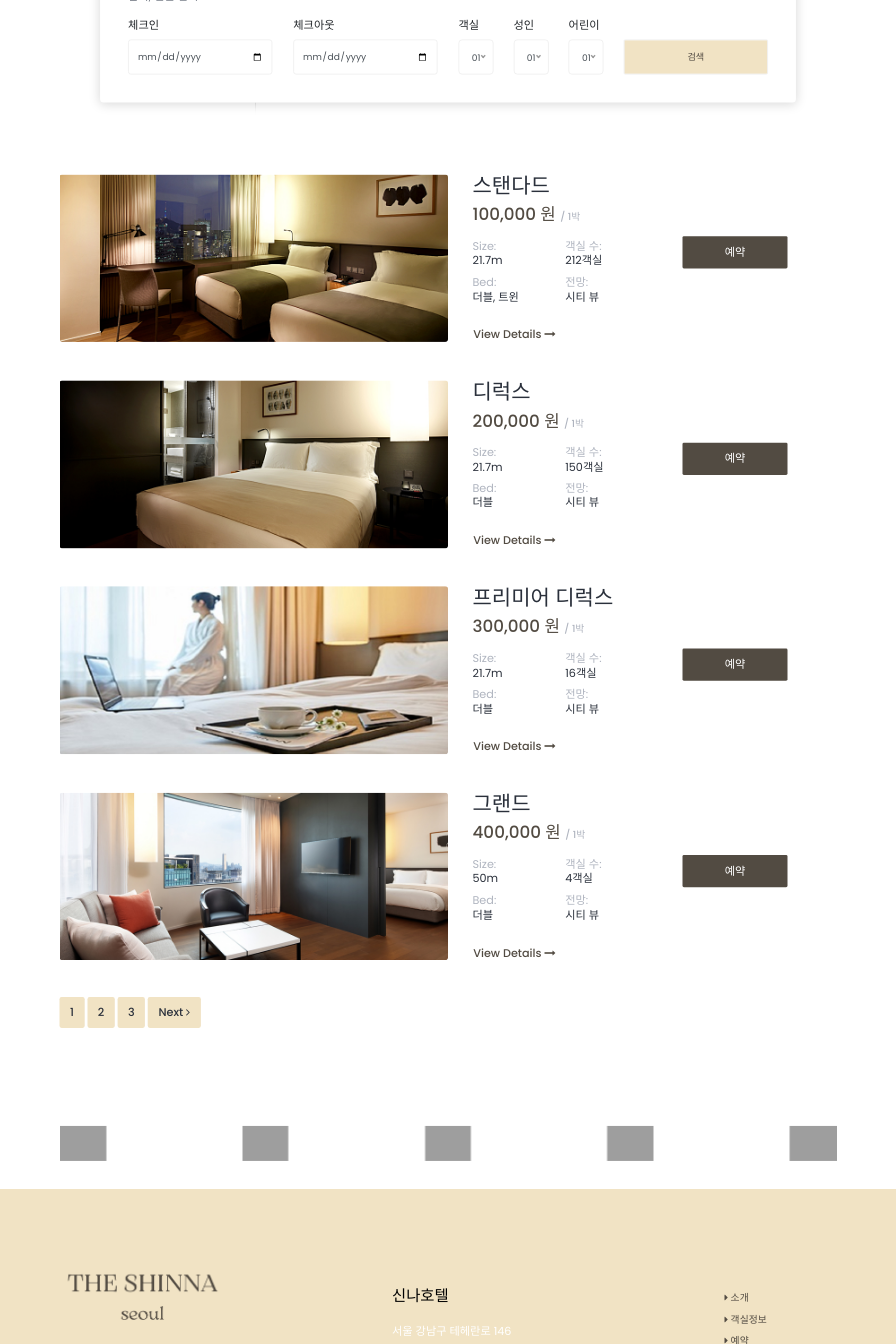
Repository: hyunjinjane/backup
Page: http://localhost/shinnaHotel/reservation/reservation.jsp
The author's editor kept a copy of each file at every save. The page is drawn from the files as they stood at one save, then again after a run of saves.
The browser window is 1280 px wide. The pictures show the part of the page from y = 488 to 2408 px (the page is 2613 px tall before and 2637 px after), at 70% of full size.
Pictures or frames that could not be fetched are drawn as grey boxes. The page is served by Tomcat 9. Other server files are loaded and not shown.

Above is the page before, as saved 2022-11-05 12:59:58.

### projectspace/shinnaHotel/src/main/webapp/reservation/reservation.jsp
<%@page import="java.util.Calendar"%>
<%@page import="java.text.SimpleDateFormat"%>
<%@page import="java.util.Date"%>

<%@ page language="java" contentType="text/html; charset=UTF-8"
    pageEncoding="UTF-8"%>
<%@ taglib uri="http://java.sun.com/jsp/jstl/core" prefix="c" %>
<%@ taglib uri="http://java.sun.com/jsp/jstl/functions" prefix="fn" %>

<%
Date today = new Date();
SimpleDateFormat simpledateformat = new SimpleDateFormat("yyyy-MM-dd");
String now = simpledateformat.format(today);

Calendar cal = Calendar.getInstance();
String format = "yyyy-mm-dd";
cal.add(cal.DATE, +1);
String tomorrow = simpledateformat.format(cal.getTime());
%>
<!DOCTYPE html>
<html lang="en">

<head>
    <meta charset="UTF-8">
    <meta name="description" content="">
    <meta http-equiv="X-UA-Compatible" content="IE=edge">
    <meta name="viewport" content="width=device-width, initial-scale=1, shrink-to-fit=no">

    <!-- Title -->
    <title>Shinna Hotel</title>

    <!-- Favicon -->
    <link rel="icon" href="../image/headicon.png">

    <!-- Stylesheet -->
    <link rel="stylesheet" href="../style.css">
    <link rel="stylesheet" href="../header.css">
</head>


<body>
     <%@ include file="/header_footer/header.jsp" %>

    <!-- Breadcrumb Area Start -->
    <div class="breadcrumb-area bg-img bg-overlay jarallax" style="background-image: url(img/bg-img/16.jpg);">
        <div class="container h-100">
            <div class="row h-100 align-items-center">
                <div class="col-12">
                    <div class="breadcrumb-content text-center">
                        <h2 class="page-title">예약</h2>
                        <nav aria-label="breadcrumb">
                            <ol class="breadcrumb justify-content-center">
                                <li class="breadcrumb-item"><a href="index.html">Home</a></li>
                                <li class="breadcrumb-item active" aria-current="page">예약</li>
                            </ol>
                        </nav>
                    </div>
                </div>
            </div>
        </div>
    </div>
    <!-- Breadcrumb Area End -->
    <!-- About Us Area Start -->
        <!-- Hotel Search Form Area -->
        <div class="hotel-search-form-area">
            <div class="container-fluid">
                <div class="hotel-search-form">
                    <form action="${pageContext.request.contextPath }/reservation/RoomSearch.re" method="post" name="searchForm">
                        <p>날짜, 인원 선택</p>
                        <div class="row justify-content-between align-items-end">
                            <div class="col-6 col-md-2 col-lg-3">
                                <label for="checkIn">체크인</label>
                                <input type="date" class="form-control" id="checkIn" name="checkin-date" min='<%=now%>'>
                            </div>
                            <div class="col-6 col-md-2 col-lg-3">
                                <label for="checkOut">체크아웃</label>
                                <input type="date" class="form-control" id="checkOut" name="checkout-date" min='<%=tomorrow %>'>
                            </div>
                            <div class="col-4 col-md-1">
                                <label for="room">객실</label>
                                <select name="room" id="room" class="form-control">
                                    <option value="01">01</option>
                                    <option value="02">02</option>
                                    <option value="03">03</option>
                                    <option value="04">04</option>
                                    <option value="05">05</option>
                                    <option value="06">06</option>
                                </select>
                            </div>
                            <div class="col-4 col-md-1">
                                <label for="adults">성인</label>
                                <select name="adults" id="adults" class="form-control">
                                    <option value="01">01</option>
                                    <option value="02">02</option>
                                    <option value="03">03</option>
                                    <option value="04">04</option>
                                    <option value="05">05</option>
                                    <option value="06">06</option>
                                </select>
                            </div>
                            <div class="col-4 col-md-2 col-lg-1">
                                <label for="children">어린이</label>
                                <select name="children" id="children" class="form-control">
                                    <option value="01">01</option>
                                    <option value="02">02</option>
                                    <option value="03">03</option>
                                    <option value="04">04</option>
                                    <option value="05">05</option>
                                    <option value="06">06</option>
                                </select>
                            </div>
                            <div class="col-12 col-md-3">
                                <button href="javascript:document.searchForm.submit();" type="submit" class="form-control btn roberto-btn w-100" style="background-color: #f1e3c4;color: #524b42;">검색</button>
                            </div>
                        </div>
                    </form>
                </div>
            </div>
        </div>
    <!-- Rooms Area Start -->
    <div class="roberto-rooms-area section-padding-100-0">
        <div class="container">
            <div class="row">
                <div class="col-12 col-lg-12">
                    <!-- Single Room Area -->
                    <div class="single-room-area d-flex align-items-center mb-50 wow fadeInUp" data-wow-delay="100ms">
                        <!-- Room Thumbnail -->
                        <div class="room-thumbnail">
                            <img src="../image/스탠다드1.jpg" alt="">
                        </div>
                        <!-- Room Content -->
                        <div class="room-content" style="width:300px;">
                            <h2>스탠다드</h2>
                            <h4>100,000 원 <span>/ 1박</span></h4>
                            <div class="room-feature">
                                <h6>Size: <span>21.7m</span></h6>
                                <h6>객실 수: <span>212객실</span></h6>
                                <h6>Bed: <span>더블, 트윈</span></h6>
                                <h6>전망: <span>시티 뷰</span></h6>
                            </div>
                            <a href="#" class="btn view-detail-btn">View Details <i class="fa fa-long-arrow-right" aria-hidden="true"></i></a>
                        </div>

                        <div class="room-content">
                            <form action="#" method="post">

                                <div class="form-group" style="text-align:right;">
                                    <button type="submit" class="btn roberto-btn w-100">예약</button>
                                </div>
                            </form>
                        </div>

                    </div>

                    <!-- Single Room Area -->
                    <div class="single-room-area d-flex align-items-center mb-50 wow fadeInUp" data-wow-delay="300ms">
                        <!-- Room Thumbnail -->
                        <div class="room-thumbnail">
                            <img src="../image/디럭스1.jpg" alt="">
                        </div>
                        <!-- Room Content -->
                        <div class="room-content" style="width:300px;">
                            <h2>디럭스</h2>
                            <h4>200,000 원 <span>/ 1박</span></h4>
                            <div class="room-feature">
                                <h6>Size: <span>21.7m</span></h6>
                                <h6>객실 수: <span>150객실</span></h6>
                                <h6>Bed: <span>더블</span></h6>
                                <h6>전망: <span>시티 뷰</span></h6>
                            </div>
                            <a href="#" class="btn view-detail-btn">View Details <i class="fa fa-long-arrow-right" aria-hidden="true"></i></a>
                        </div>
                        <div class="room-content">
                            <form action="#" method="post">
                                <div class="form-group">
                                    <button type="submit" class="btn roberto-btn w-100">예약</button>
                                </div>
                            </form>
                        </div>
                    </div>

                    <!-- Single Room Area -->
                    <div class="single-room-area d-flex align-items-center mb-50 wow fadeInUp" data-wow-delay="500ms">
                        <!-- Room Thumbnail -->
                        <div class="room-thumbnail">
                            <img src="../image/객실123.jpg" alt="">
                        </div>
                        <!-- Room Content -->
                        <div class="room-content" style="width:300px;">
                            <h2>프리미어 디럭스</h2>
                            <h4>300,000 원  <span>/ 1박</span></h4>
                            <div class="room-feature">
                                <h6>Size: <span>21.7m</span></h6>
                                <h6>객실 수: <span>16객실</span></h6>
                                <h6>Bed: <span>더블</span></h6>
                                <h6>전망: <span>시티 뷰</span></h6>
                            </div>
                            <a href="#" class="btn view-detail-btn">View Details <i class="fa fa-long-arrow-right" aria-hidden="true"></i></a>
                        </div>
                        <div class="room-content">
                            <form action="#" method="post">

                                <div class="form-group">
                                    <button type="submit" class="btn roberto-btn w-100">예약</button>
                                </div>
                            </form>
                        </div>
                    </div>

                    <!-- Single Room Area -->
                    <div class="single-room-area d-flex align-items-center mb-50 wow fadeInUp" data-wow-delay="700ms">
                        <!-- Room Thumbnail -->
                        <div class="room-thumbnail">
                            <img src="../image/그랜드1.jpg" alt="">
                        </div>
                        <!-- Room Content -->
                        <div class="room-content" style="width:300px;">
                            <h2>그랜드</h2>
                            <h4>400,000 원 <span>/ 1박</span></h4>
                            <div class="room-feature">
                                <h6>Size: <span>50m</span></h6>
                                <h6>객실 수: <span>4객실</span></h6>
                                <h6>Bed: <span>더블</span></h6>
                                <h6>전망: <span>시티 뷰</span></h6>
                            </div>
                            <a href="#" class="btn view-detail-btn">View Details <i class="fa fa-long-arrow-right" aria-hidden="true"></i></a>
                        </div>
                        <div class="room-content">
                            <form action="#" method="post">

                                <div class="form-group">
                                    <button type="submit" class="btn roberto-btn w-100">예약</button>
                                </div>
                            </form>
                        </div>
                    </div>



                    <!-- Pagination -->
                    <nav class="roberto-pagination wow fadeInUp mb-100" data-wow-delay="1000ms">
                        <ul class="pagination">
                            <li class="page-item"><a class="page-link" href="#">1</a></li>
                            <li class="page-item"><a class="page-link" href="#">2</a></li>
                            <li class="page-item"><a class="page-link" href="#">3</a></li>
                            <li class="page-item"><a class="page-link" href="#">Next <i class="fa fa-angle-right"></i></a></li>
                        </ul>
                    </nav>
                </div>

                <div class="col-12 col-lg-4">
                    <!-- Hotel Reservation Area -->

                </div>
            </div>
        </div>
    </div>
    <!-- Rooms Area End -->



    <!-- Partner Area Start -->
    <div class="partner-area">
        <div class="container">
            <div class="row">
                <div class="col-12">
                    <div class="partner-logo-content d-flex align-items-center justify-content-between wow fadeInUp" data-wow-delay="300ms">
                        <!-- Single Partner Logo -->
                        <a href="#" class="partner-logo"><img src="img/core-img/p1.png" alt=""></a>
                        <!-- Single Partner Logo -->
                        <a href="#" class="partner-logo"><img src="img/core-img/p2.png" alt=""></a>
                        <!-- Single Partner Logo -->
                        <a href="#" class="partner-logo"><img src="img/core-img/p3.png" alt=""></a>
                        <!-- Single Partner Logo -->
                        <a href="#" class="partner-logo"><img src="img/core-img/p4.png" alt=""></a>
                        <!-- Single Partner Logo -->
                        <a href="#" class="partner-logo"><img src="img/core-img/p5.png" alt=""></a>
                    </div>
                </div>
            </div>
        </div>
    </div>
    <!-- Partner Area End -->

 <%@ include file="/header_footer/footer.jsp" %>

    <!-- **** All JS Files ***** -->
    <!-- jQuery 2.2.4 -->
    <script src="../js/jquery.min.js"></script>
    <!-- Popper -->
    <script src="../js/popper.min.js"></script>
    <!-- Bootstrap -->
    <script src="../js/bootstrap.min.js"></script>
    <!-- All Plugins -->
    <script src="../js/roberto.bundle.js"></script>
    <!-- Active -->
    <script src="../js/default-assets/active.js"></script>

</body>

</html>

### projectspace/shinnaHotel/src/main/webapp/header.css
.header-area {
    position: relative;
    z-index: 100;
    width: 100%;
    transition-duration: 500ms;
  }
  .header-area .search-form {
    transition-duration: 350ms;
    transition-timing-function: ease-in;
    position: relative;
    z-index: 1;
    width: 100%;
    height: 0;
    background-color: #f1ebd6;
  }
  .header-area .search-form.search-form-active {
    height: 80px;
    z-index: 99999999;
  }
  .header-area .search-form form {
    position: relative;
    z-index: 1;
  }
  .header-area .search-form form input {
    background-color: transparent;
    width: 100%;
    height: 60px;
    border: none;
    font-size: 14px;
    color: white;
  }
  .header-area .search-form form button {
    position: absolute;
    width: 60px;
    height: 60px;
    top: 0;
    right: 0;
    z-index: 10;
    border: none;
    background-color: transparent;
    cursor: pointer;
    font-size: 18px;
    text-align: right;
  }
  .header-area .search-form form button:focus {
    outline: none;
  }

Loaded but not shown: projectspace/shinnaHotel/src/main/webapp/js/jquery.min.js (library); projectspace/shinnaHotel/src/main/webapp/js/popper.min.js (library); projectspace/shinnaHotel/src/main/webapp/js/bootstrap.min.js (library); projectspace/shinnaHotel/src/main/webapp/js/roberto.bundle.js (library); projectspace/shinnaHotel/src/main/webapp/css/bootstrap.min.css (library); projectspace/shinnaHotel/src/main/webapp/css/animate.css (library); projectspace/shinnaHotel/src/main/webapp/css/owl.carousel.min.css (common file); projectspace/shinnaHotel/src/main/webapp/css/magnific-popup.css (library); projectspace/shinnaHotel/src/main/webapp/css/nice-select.css (common file); projectspace/shinnaHotel/src/main/webapp/css/font-awesome.min.css (library); projectspace/shinnaHotel/src/main/webapp/css/bootstrap-datepicker.min.css (library); projectspace/shinnaHotel/src/main/webapp/css/jquery-ui.min.css (library); projectspace/shinnaHotel/src/main/webapp/js/default-assets/active.js (310 lines, source omitted); projectspace/shinnaHotel/src/main/webapp/style.css (2479 lines, source omitted); projectspace/shinnaHotel/src/main/webapp/css/style.css (1157 lines, source omitted); projectspace/shinnaHotel/src/main/webapp/css/default-assets/classy-nav.css (449 lines, source omitted); projectspace/shinnaHotel/src/main/webapp/header_footer/footer.jsp (90 lines, source omitted); projectspace/shinnaHotel/src/main/webapp/header_footer/header.jsp (83 lines, source omitted)

After the next 3 saves:
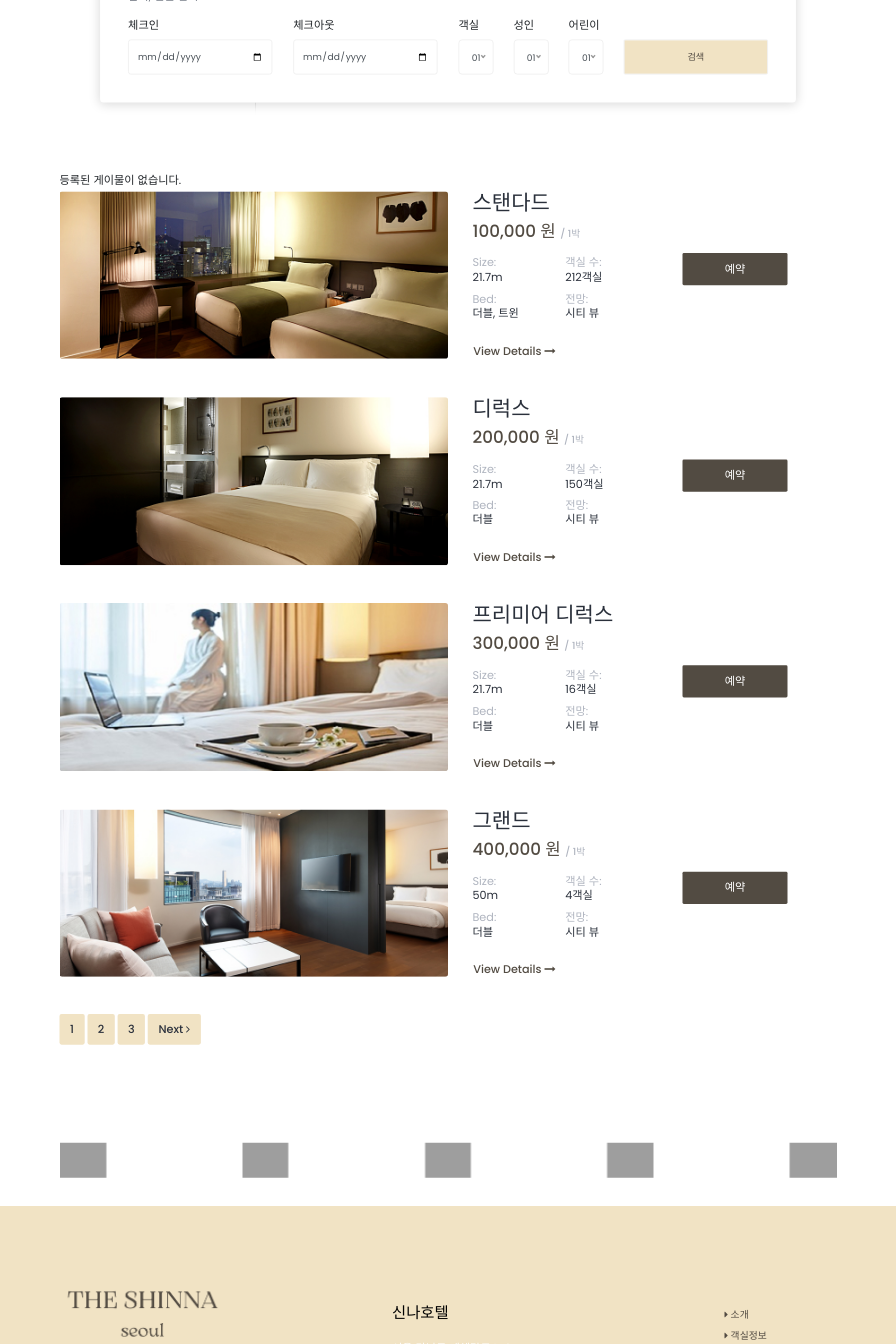
The 3 saves are shown as one change because 2 did not build or start.
The last was saved 74 min 46 s later.
--- a/projectspace/shinnaHotel/src/main/webapp/reservation/reservation.jsp
+++ b/projectspace/shinnaHotel/src/main/webapp/reservation/reservation.jsp
@@ -122,6 +122,14 @@
         <div class="container">
             <div class="row">
                 <div class="col-12 col-lg-12">
+
+                	<!-- case문으로 만약 아무내용이 입력되지 않으면 -->
+
+                		<tr style="hight:50px">
+							<td colspan = "5" style="text-align:center;">등록된 게이물이 없습니다.</td>
+						</tr>
+
+
                     <!-- Single Room Area -->
                     <div class="single-room-area d-flex align-items-center mb-50 wow fadeInUp" data-wow-delay="100ms">
                         <!-- Room Thumbnail -->

After the 2 saves that followed:
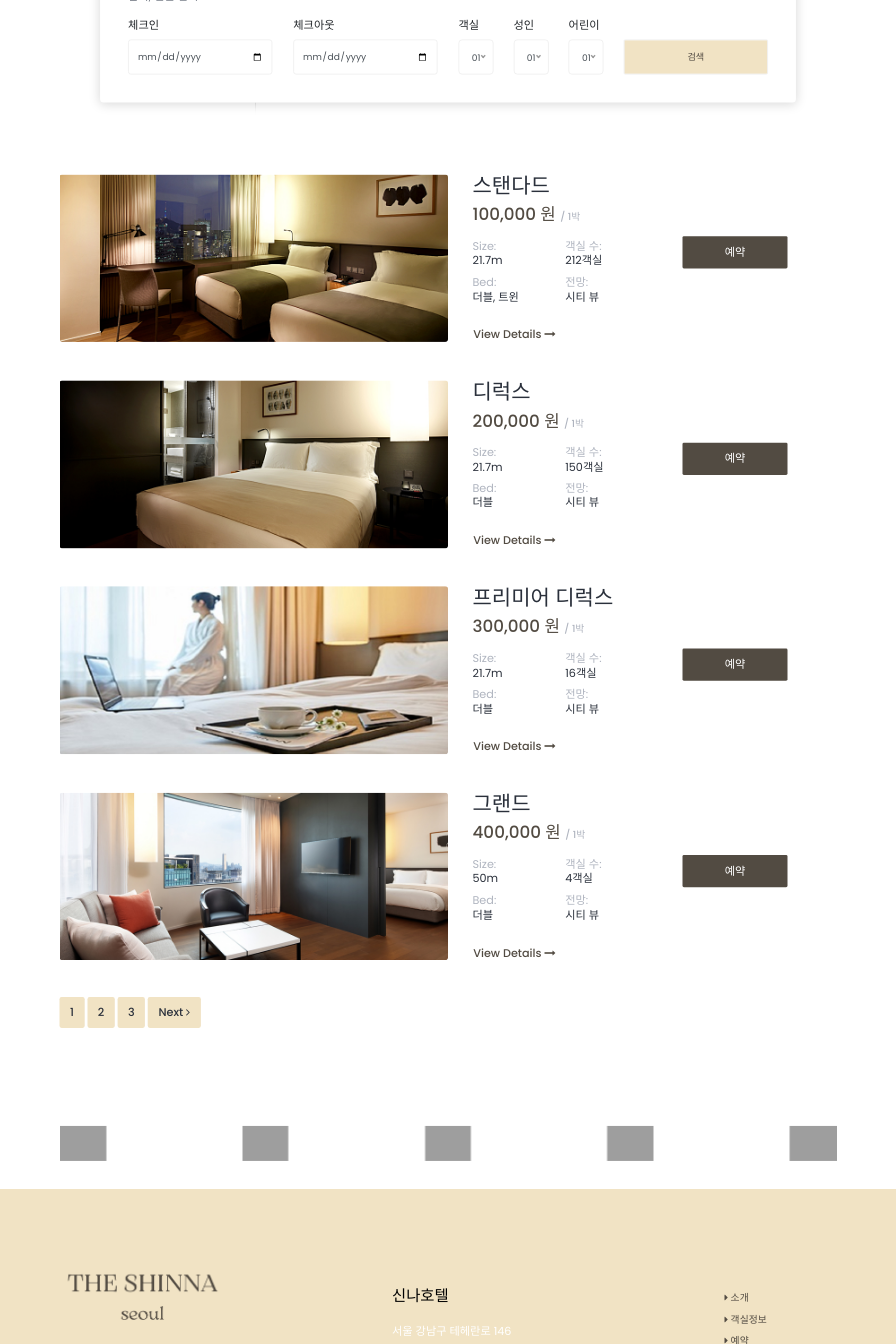
The 2 saves are shown as one change because 1 did not build or start.
The last was saved 3 min 3 s later.
--- a/projectspace/shinnaHotel/src/main/webapp/reservation/reservation.jsp
+++ b/projectspace/shinnaHotel/src/main/webapp/reservation/reservation.jsp
@@ -124,11 +124,11 @@
                 <div class="col-12 col-lg-12">
 
                 	<!-- case문으로 만약 아무내용이 입력되지 않으면 -->
-
+                	<%-- <c:when test="${roomArr = null}">
                 		<tr style="hight:50px">
 							<td colspan = "5" style="text-align:center;">등록된 게이물이 없습니다.</td>
 						</tr>
-
+                	</c:when> --%>
 
                     <!-- Single Room Area -->
                     <div class="single-room-area d-flex align-items-center mb-50 wow fadeInUp" data-wow-delay="100ms">
